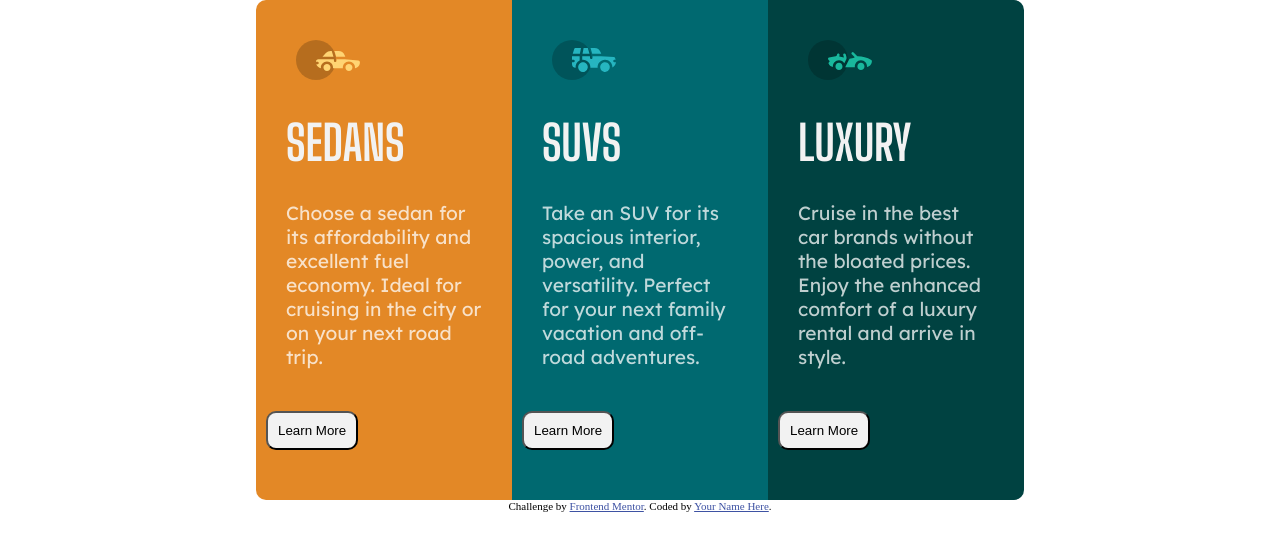
Repository: viniciussnt/3-column-preview-card
Page: index.html
An editor plug-in stored every save of this project. The page is shown before and after the next save, followed by the edit.
The browser window is 1280 px wide. The pictures show the whole page.

Above is the page before, as saved 2023-09-15 11:40:45.

After the next save:
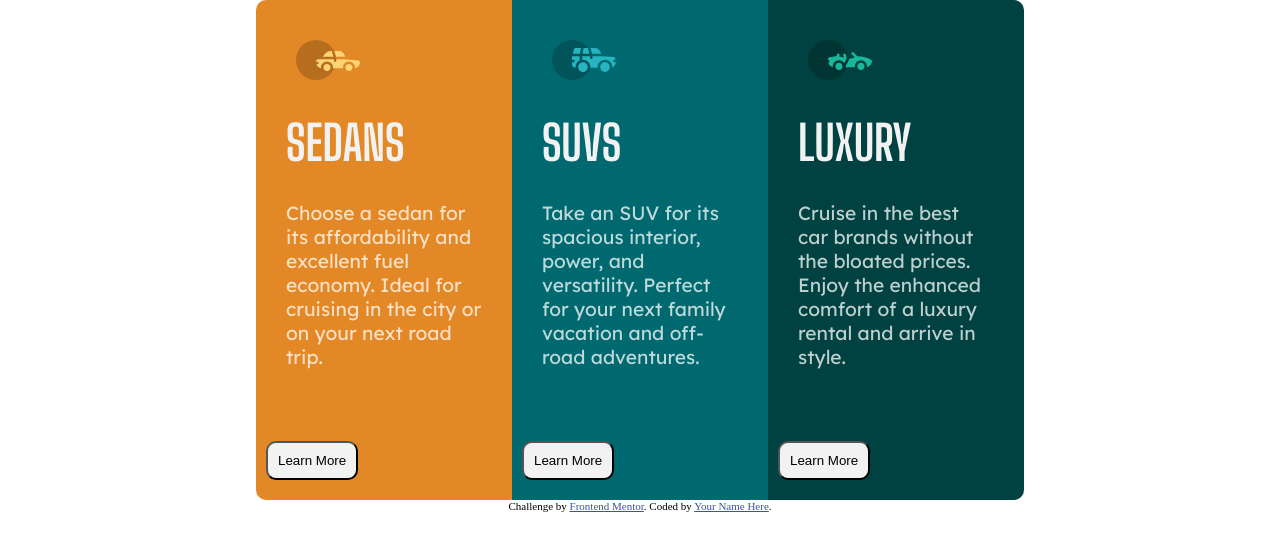
Saved 4 s later.
--- a/styles/style.css
+++ b/styles/style.css
@@ -67,7 +67,7 @@
     margin-left: 30px;
     margin-right: 30px;
 
-    margin: 30;
+    margin: 30px 30px ;
 
     height: 200px;
 }

After the save that followed:
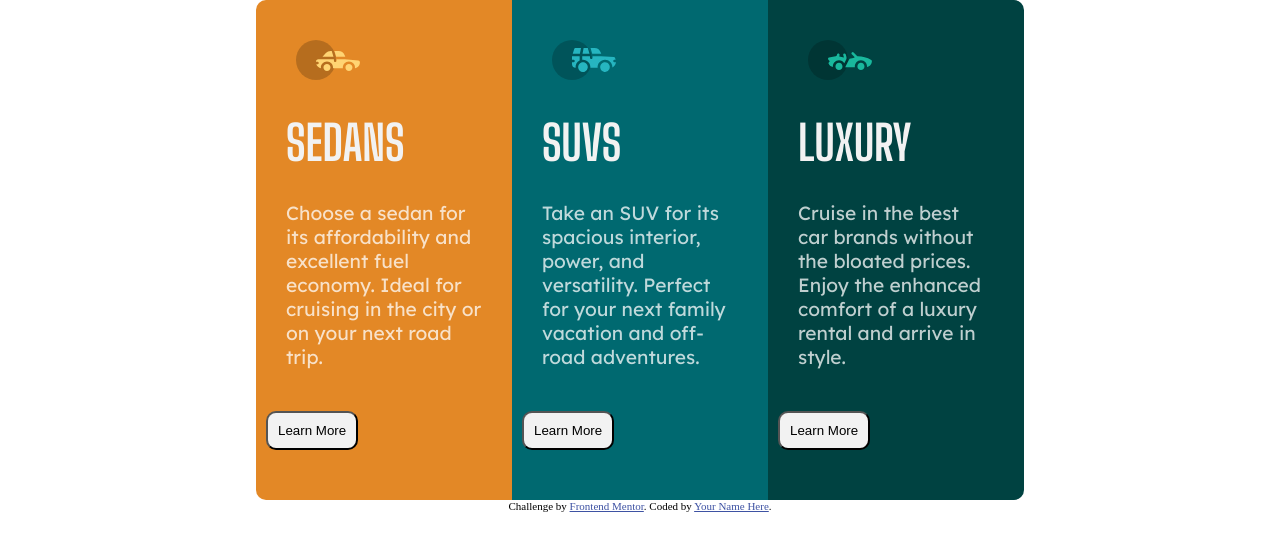
Saved 6 s later.
--- a/styles/style.css
+++ b/styles/style.css
@@ -67,7 +67,7 @@
     margin-left: 30px;
     margin-right: 30px;
 
-    margin: 30px 30px ;
+    margin: 30px 30px 0px 30px;
 
     height: 200px;
 }
